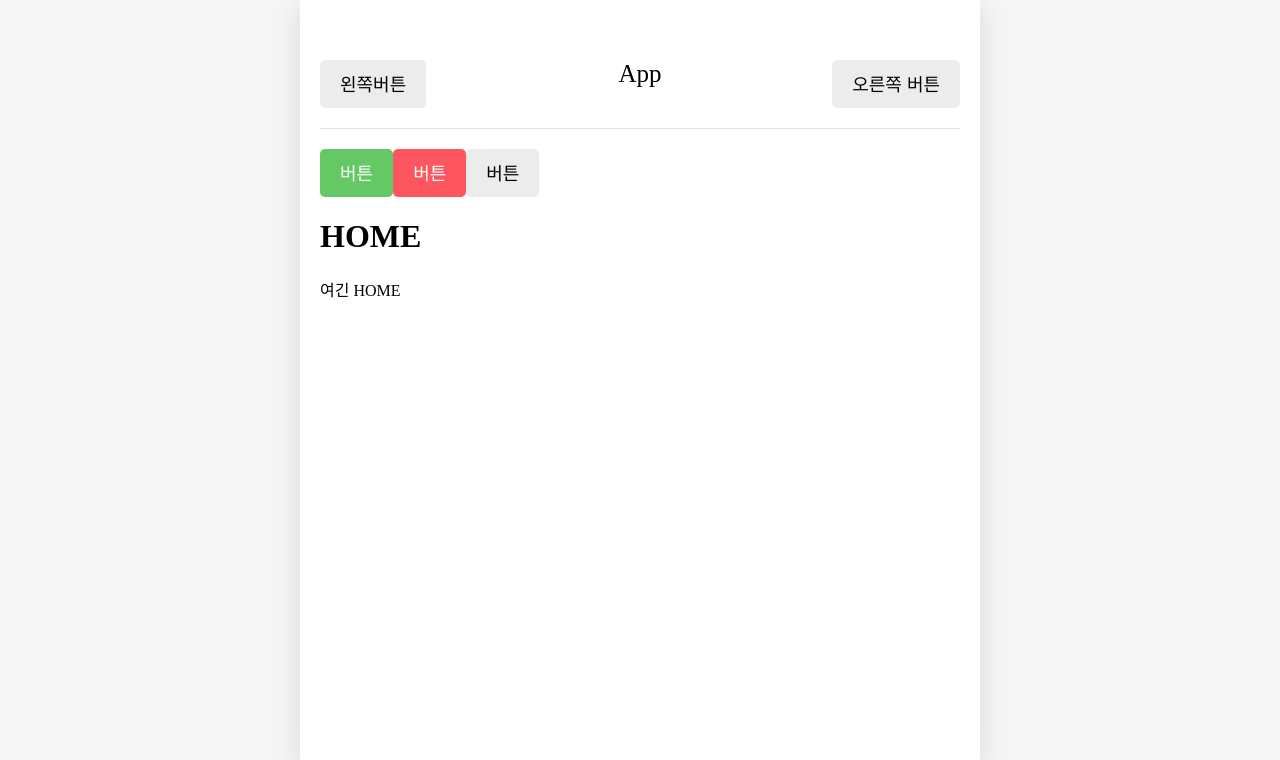
Repository: shinyoungjei/ReactStudy
Page: /
An editor plug-in stored every save of this project. The page is shown before and after the next save, followed by the edit.
The browser window is 1280 px wide. The pictures show the whole page.
Some web fonts or font styles are not loaded; a fallback is used. The project was rebuilt for these pictures with package versions that can differ from the ones it lists, and the page was loaded fresh each time. Also part of the build but not shown: src/pages/Diary.js, src/pages/Edit.js, src/pages/New.js.

Above is the page before, as saved 2022-07-16 01:43:18.

### src/App.js
import "./App.css";
import { BrowserRouter, Routes, Route } from "react-router-dom";

// import RouteTest from "./components/RouteTest";

import MyHeader from "./components/MyHeader";

import Diary from "./pages/Diary";
import Edit from "./pages/Edit";
import Home from "./pages/Home";
import New from "./pages/New";
import MyButton from "./components/MyButton";

function App() {
  // 이미지 저장 경로
  // const env = process.env.PUBLIC_URL;

  return (
    // Step 02. App Component의 최상위 태그에 감싸 준다.
    // 감싸져 있는 부분은 BrowserUrl과 mapping되어 있다.
    <BrowserRouter>
      <div className="App">
        <MyHeader
          headText={"App"}
          leftChild={
            <MyButton
              text={"왼쪽버튼"}
              onClick={() => {
                alert("왼쪽클릭");
              }}
            />
          }
          rightChild={
            <MyButton
              text={"오른쪽 버튼"}
              onClick={() => {
                alert("오른쪽클릭");
              }}
            />
          }
        />
        {/* 이미지 불러오기
        <img src={env + `/assets/emotion1.png`}></img>
        <img src={env + `/assets/emotion2.png`}></img>
        <img src={process.env.PUBLIC_URL + `/assets/emotion3.png`}></img>
        <img src={process.env.PUBLIC_URL + `/assets/emotion4.png`}></img>
        <img src={process.env.PUBLIC_URL + `/assets/emotion5.png`}></img> */}

        <MyButton
          text={"버튼"}
          onClick={() => {
            alert("버튼 클릭");
          }}
          type={"positive"}
        />

        <MyButton
          text={"버튼"}
          onClick={() => {
            alert("버튼 클릭");
          }}
          type={"negative"}
        />

        <MyButton
          text={"버튼"}
          onClick={() => {
            alert("버튼 클릭");
          }}
        />

        {/* Step 03. 본격적인 routing
       Url이 바뀌게 된다면 어떤 컴포넌트를 렌더링 하여
       그 컴포넌트가 페이지 역할을 할 것인지 결정하기 위한 태그 */}
        <Routes>
          {/* Step 04. Route
        실질적으로 URL 경로와 컴포넌트를 매핑 시켜주는 태그 */}
          <Route path="/" element={<Home />} />
          <Route path="/new" element={<New />} />
          <Route path="/diary/:id" element={<Diary />} />
          <Route path="/edit" element={<Edit />} />
        </Routes>
        {/* <RouteTest /> */}
      </div>
    </BrowserRouter>
  );
}

export default App;

### src/App.css
@import url("https://fonts.googleapis.com/css2?family=Nanum+Pen+Script&family=Yeon+Sung&display=swap");

.App {
  padding: 20px;

  font-family: "Nanum Pen Script", cursive;
  font-family: "Yeon Sung", cursive;
}

body {
  background-color: #f6f6f6;
  display: flex;
  justify-content: center;
  align-items: center;
  font-family: "Nanum Pen Script";
  min-height: 100vh;
  margin: 0px;
}

@media (min-width: 650px) {
  .App {
    width: 640px;
  }
}

@media (max-width: 650px) {
  .App {
    width: 90vh;
  }
}

#root {
  background-color: white;
  box-shadow: rgba(100, 100, 111, 0.2) 0px 7px 29px 0px;
}

.App {
  min-height: 100vh;
  padding-left: 20px;
  padding-right: 20px;
}

/* My Button */
.MyButton {
  background-color: #92c9fc;

  cursor: pointer;
  border: none;
  border-radius: 5px;

  margin-top: 20px;

  padding-top: 10px;
  padding-bottom: 10px;
  padding-left: 20px;
  padding-right: 20px;

  font-size: 18px;

  white-space: nowrap;
  font-family: "Nanum Pen Script";
}

.MyButton_default {
  background-color: #ececec;
  color: black;
}

.MyButton_positive {
  background-color: #64c964;
  color: white;
}
.MyButton_negative {
  background-color: #fd565f;
  color: white;
}

/* HEADER */

header {
  padding-top: 20px;
  padding-bottom: 20px;

  display: flex;
  align-items: center;
  border-bottom: 1px solid #e2e2e2;
}

header > div {
  display: flex;
}

header .head_text {
  width: 50%;
  font-size: 25px;
  justify-content: center;
}

header .head_btn_left {
  width: 25%;
  justify-content: start;
}

header .head_btn_right {
  width: 25%;
  justify-content: end;
}

header button {
  font-family: "Nanum Pen Script";
}

### src/pages/Home.js
const Home = () => {
  return (
    <div>
      <h1>HOME</h1>
      <p>여긴 HOME</p>
    </div>
  );
};

export default Home;

### src/components/MyButton.js
const MyButton = ({ text, onClick, type }) => {
  const btnType = ["positive", "negative"].includes(type) ? type : "default";
  return (
    <button
      className={["MyButton", `MyButton_${btnType}`].join(" ")}
      onClick={onClick}
    >
      {text}
    </button>
  );
};

MyButton.defaultProps = {
  type: "default",
};

export default MyButton;

Loaded but not shown: public/index.html (common file); src/index.js (common file); src/index.css (common file); src/components/MyHeader.js (common file)

After the next save:
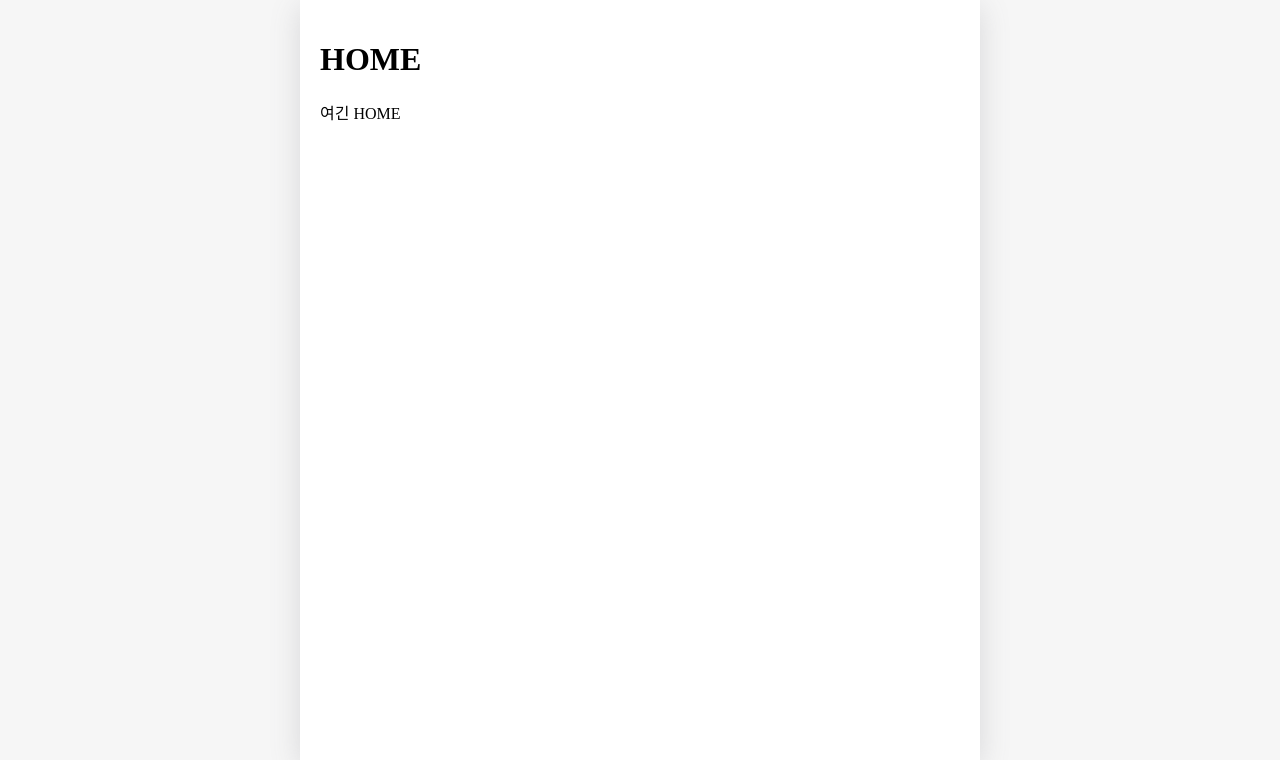
Saved 64 s later.
--- a/src/App.js
+++ b/src/App.js
@@ -1,77 +1,15 @@
 import "./App.css";
 import { BrowserRouter, Routes, Route } from "react-router-dom";
-
-// import RouteTest from "./components/RouteTest";
-
-import MyHeader from "./components/MyHeader";
 
 import Diary from "./pages/Diary";
 import Edit from "./pages/Edit";
 import Home from "./pages/Home";
 import New from "./pages/New";
-import MyButton from "./components/MyButton";
 
 function App() {
-  // 이미지 저장 경로
-  // const env = process.env.PUBLIC_URL;
-
   return (
-    // Step 02. App Component의 최상위 태그에 감싸 준다.
-    // 감싸져 있는 부분은 BrowserUrl과 mapping되어 있다.
     <BrowserRouter>
       <div className="App">
-        <MyHeader
-          headText={"App"}
-          leftChild={
-            <MyButton
-              text={"왼쪽버튼"}
-              onClick={() => {
-                alert("왼쪽클릭");
-              }}
-            />
-          }
-          rightChild={
-            <MyButton
-              text={"오른쪽 버튼"}
-              onClick={() => {
-                alert("오른쪽클릭");
-              }}
-            />
-          }
-        />
-        {/* 이미지 불러오기
-        <img src={env + `/assets/emotion1.png`}></img>
-        <img src={env + `/assets/emotion2.png`}></img>
-        <img src={process.env.PUBLIC_URL + `/assets/emotion3.png`}></img>
-        <img src={process.env.PUBLIC_URL + `/assets/emotion4.png`}></img>
-        <img src={process.env.PUBLIC_URL + `/assets/emotion5.png`}></img> */}
-
-        <MyButton
-          text={"버튼"}
-          onClick={() => {
-            alert("버튼 클릭");
-          }}
-          type={"positive"}
-        />
-
-        <MyButton
-          text={"버튼"}
-          onClick={() => {
-            alert("버튼 클릭");
-          }}
-          type={"negative"}
-        />
-
-        <MyButton
-          text={"버튼"}
-          onClick={() => {
-            alert("버튼 클릭");
-          }}
-        />
-
-        {/* Step 03. 본격적인 routing
-       Url이 바뀌게 된다면 어떤 컴포넌트를 렌더링 하여
-       그 컴포넌트가 페이지 역할을 할 것인지 결정하기 위한 태그 */}
         <Routes>
           {/* Step 04. Route
         실질적으로 URL 경로와 컴포넌트를 매핑 시켜주는 태그 */}
@@ -80,7 +18,6 @@ function App() {
           <Route path="/diary/:id" element={<Diary />} />
           <Route path="/edit" element={<Edit />} />
         </Routes>
-        {/* <RouteTest /> */}
       </div>
     </BrowserRouter>
   );
